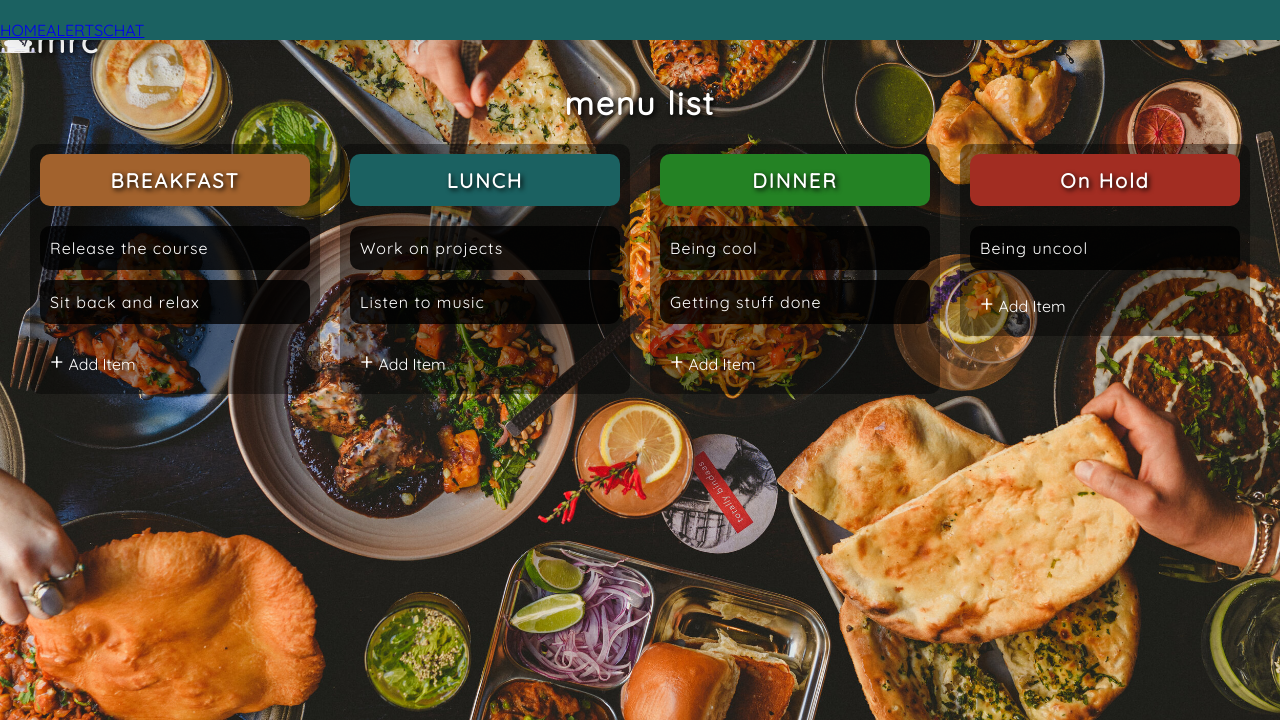
Repository: Anasooya2601/drag-and-drop
Page: index.html
An editor plug-in stored every save of this project. The page is shown before and after a run of saves, followed by the edit.
The browser window is 1280 px wide. The pictures show the whole page.

Above is the page before, as saved 2021-02-15 20:08:06.

After the next 2 saves:
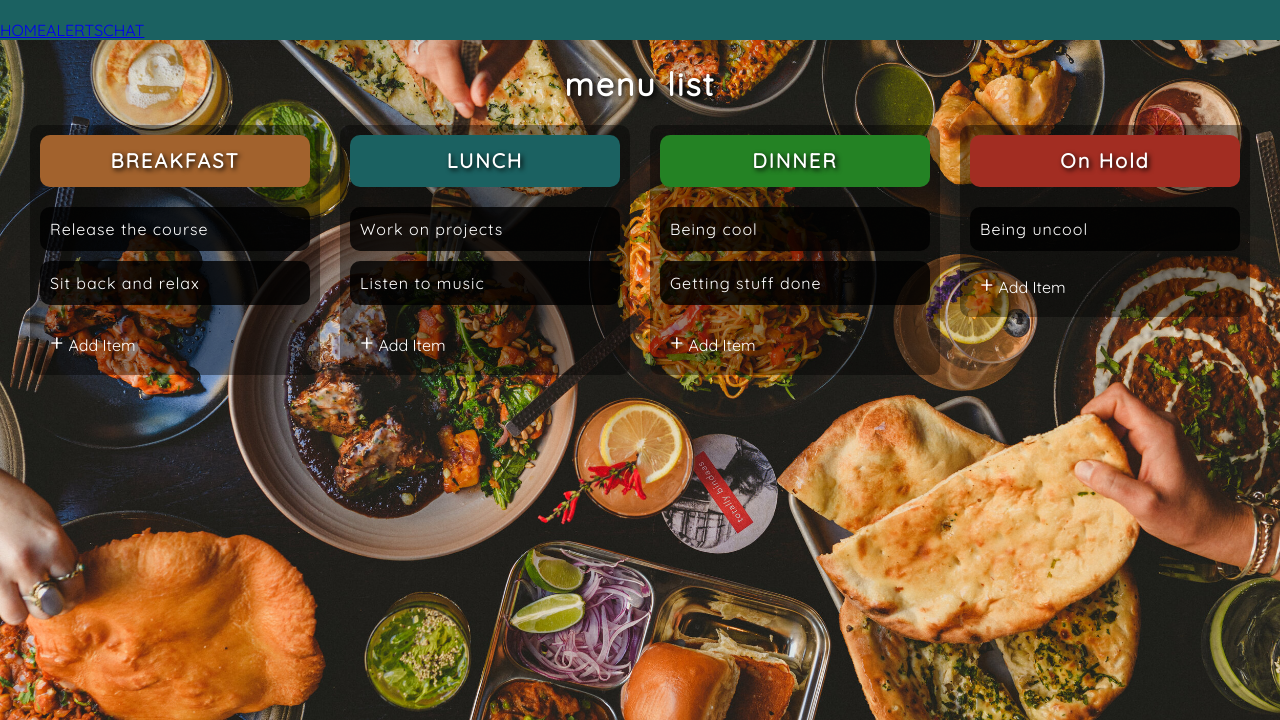
The 2 saves are shown as one change because they came seconds apart.
The last was saved 42 s later.
--- a/style.css
+++ b/style.css
@@ -50,6 +50,10 @@ h1 {
   text-align: center;
   font-size: 3rem;
 }
+.main-title1 {
+  text-align: center;
+  font-size: 1rem;
+}
 
 ul {
   list-style-type: none;
